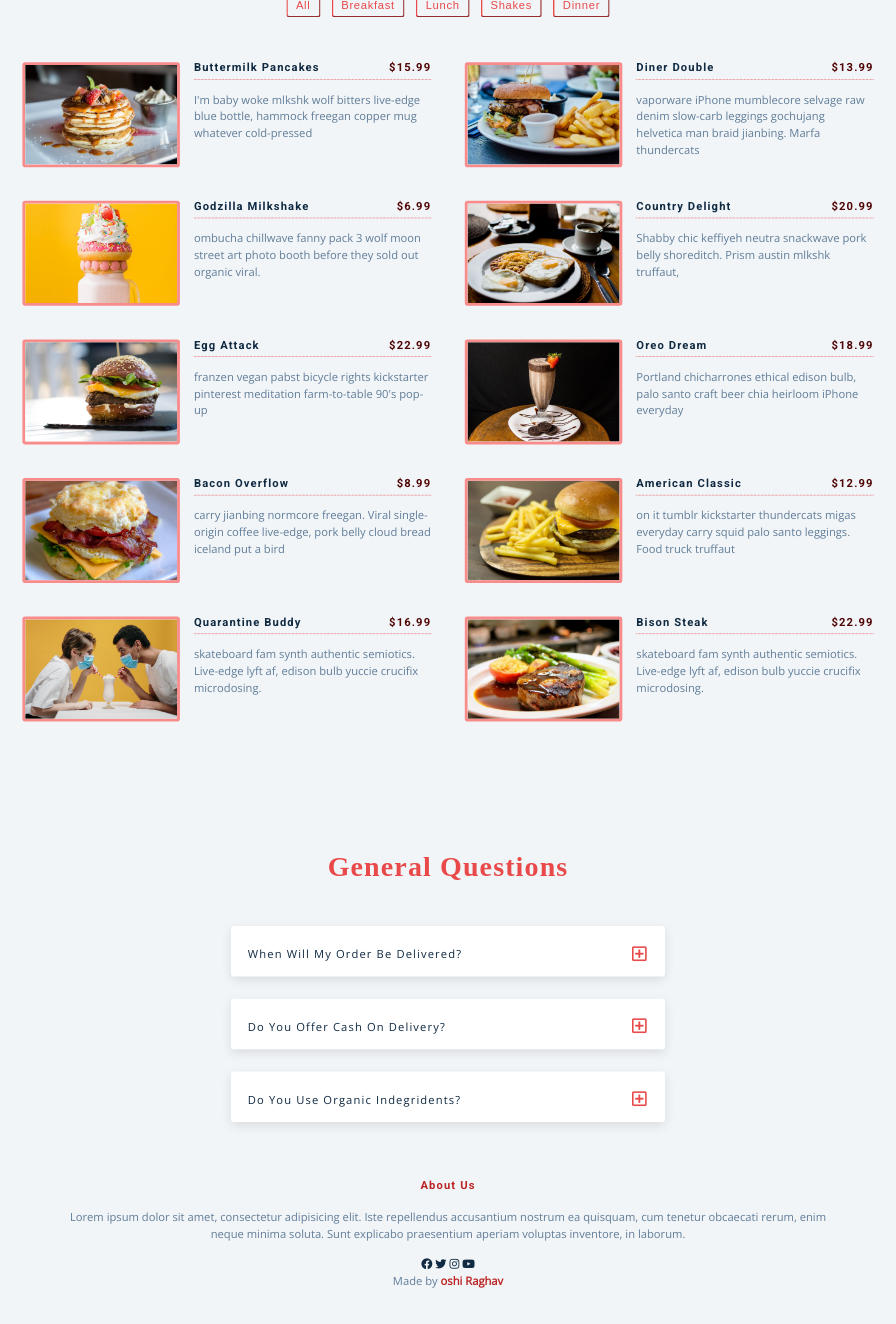
Repository: xoshiraghavx/Food-you
Page: index.html
These files come from the project's save history. The page is drawn as it stood at one moment and after the next save; the edit follows.
The browser window is 1280 px wide. The pictures show the part of the page from y = 1037 to 2957 px (the page is 2929 px tall before and 2957 px after), at 70% of full size.
Some web libraries are served in a nearby version.

Above is the page before, as saved 2022-12-03 08:44:46.

After the next save:
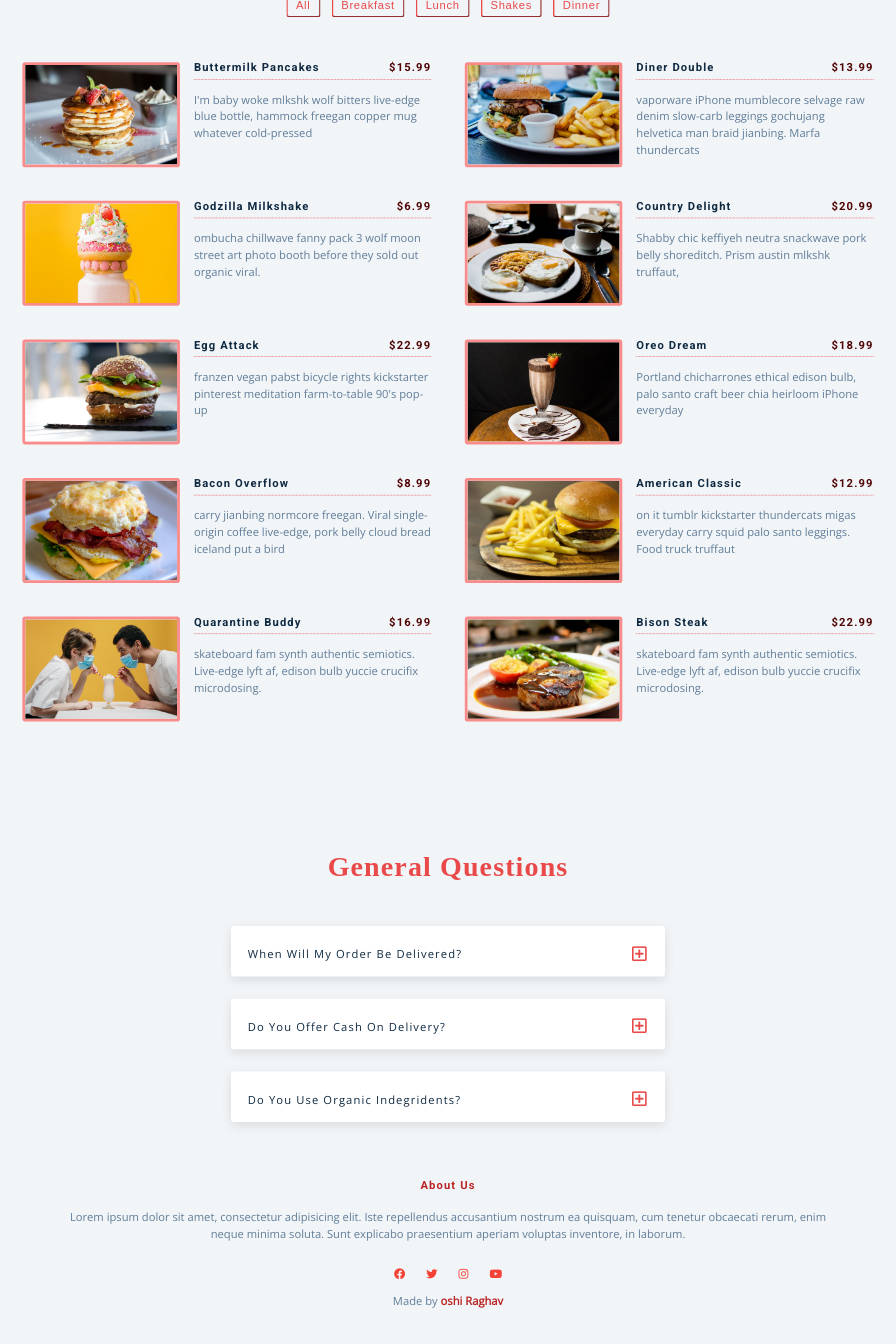
Saved 8 s later.
--- a/styles.css
+++ b/styles.css
@@ -525,9 +525,9 @@ Questions
   margin-top: 20px;
   font-weight: 600;
 }
-/* .icons .fab{
+.icons .fab{
   color: #f44336;
   margin: 0 13px;
   cursor: pointer;
   padding: 18px 0;
-} */
+}
